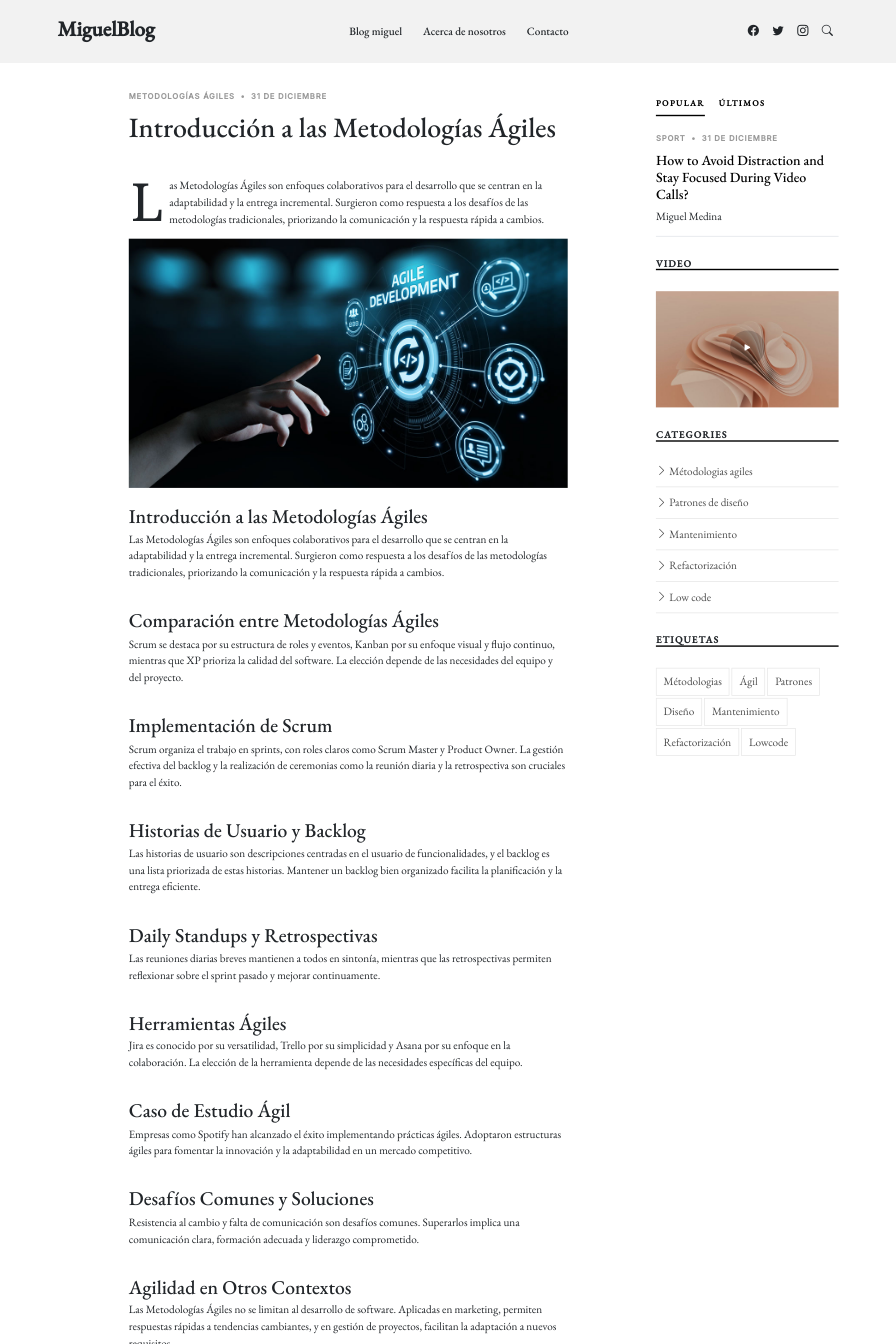
Repository: MiguelDev5/blog-miguel
Page: post-lc.html
An editor plug-in stored every save of this project. The page is shown before and after the next save, followed by the edit.
The browser window is 1280 px wide. The pictures show the part of the page from y = 0 to 1920 px (the page is 3064 px tall before and 1836 px after), at 70% of full size.
Some web fonts or font styles are not loaded; a fallback is used.

Above is the page before, as saved 2024-01-01 21:02:49.

### post-lc.html
<!DOCTYPE html>
<html lang="en">

<head>
  <meta charset="utf-8">
  <meta content="width=device-width, initial-scale=1.0" name="viewport">

  <title>MiguelBlog Bootstrap Template - Single Post</title>
  <meta content="" name="description">
  <meta content="" name="keywords">

  <!-- Favicons -->
  <link href="assets/img/favicon.png" rel="icon">
  <link href="assets/img/apple-touch-icon.png" rel="apple-touch-icon">

  <!-- Google Fonts -->
  <link rel="preconnect" href="https://fonts.googleapis.com">
  <link rel="preconnect" href="https://fonts.gstatic.com" crossorigin>
  <link href="https://fonts.googleapis.com/css2?family=EB+Garamond:wght@400;500&family=Inter:wght@400;500&family=Playfair+Display:ital,wght@0,400;0,700;1,400;1,700&display=swap" rel="stylesheet">

  <!-- Vendor CSS Files -->
  <link href="assets/vendor/bootstrap/css/bootstrap.min.css" rel="stylesheet">
  <link href="assets/vendor/bootstrap-icons/bootstrap-icons.css" rel="stylesheet">
  <link href="assets/vendor/swiper/swiper-bundle.min.css" rel="stylesheet">
  <link href="assets/vendor/glightbox/css/glightbox.min.css" rel="stylesheet">
  <link href="assets/vendor/aos/aos.css" rel="stylesheet">

  <!-- Template Main CSS Files -->
  <link href="assets/css/variables.css" rel="stylesheet">
  <link href="assets/css/main.css" rel="stylesheet">

  <!-- =======================================================
  * Template Name: MiguelBlog
  * Updated: Sep 18 2023 with Bootstrap v5.3.2
  * Template URL: https://bootstrapmade.com/miguelBlog-bootstrap-blog-template/
  * Author: BootstrapMade.com
  * License: https:///bootstrapmade.com/license/
  ======================================================== -->
</head>

<body>

  <!-- ======= Header ======= -->
  <header id="header" class="header d-flex align-items-center fixed-top">
    <div class="container-fluid container-xl d-flex align-items-center justify-content-between">

      <a href="index.html" class="logo d-flex align-items-center">
        <!-- Uncomment the line below if you also wish to use an image logo -->
        <!-- <img src="assets/img/logo.png" alt=""> -->
        <h1>MiguelBlog</h1>
      </a>

      <nav id="navbar" class="navbar">
        <ul>
          <li><a href="index.html">Blog miguel</a></li>
          <li><a href="about.html">Acerca de nosotros</a></li>
          <li><a href="contact.html">Contacto</a></li>
        </ul>
      </nav><!-- .navbar -->

      <div class="position-relative">
        <a href="#" class="mx-2"><span class="bi-facebook"></span></a>
        <a href="#" class="mx-2"><span class="bi-twitter"></span></a>
        <a href="#" class="mx-2"><span class="bi-instagram"></span></a>

        <a href="#" class="mx-2 js-search-open"><span class="bi-search"></span></a>
        <i class="bi bi-list mobile-nav-toggle"></i>

        <!-- ======= Search Form ======= -->
        <div class="search-form-wrap js-search-form-wrap">
          <form action="search-result.html" class="search-form">
            <span class="icon bi-search"></span>
            <input type="text" placeholder="Search" class="form-control">
            <button class="btn js-search-close"><span class="bi-x"></span></button>
          </form>
        </div><!-- End Search Form -->

      </div>

    </div>

  </header><!-- End Header -->

  <main id="main">

    <section class="single-post-content">
      <div class="container">
        <div class="row">
          <div class="col-md-9 post-content" data-aos="fade-up">

            <!-- ======= Single Post Content ======= -->
            <div class="single-post">
              <div class="post-meta"><span class="date">Metodologías ágiles</span> <span class="mx-1">&bullet;</span> <span>31 de Diciembre</span></div>
              <h1 class="mb-5">Introducción a las Metodologías Ágiles</h1>
              <p><span class="firstcharacter">L</span>as Metodologías Ágiles son enfoques colaborativos para el desarrollo que se centran en la adaptabilidad y la entrega incremental. Surgieron como respuesta a los desafíos de las metodologías tradicionales, priorizando la comunicación y la respuesta rápida a cambios.</p>
              <div class="col-md-9"></div>
                  <img src="assets/img/ma001.jpg" alt="" class="img-fluid" style="width: 200;">

              </div>
              <br/>
              <h3 class="mb-1">Introducción a las Metodologías Ágiles</h3>
              <p>Las Metodologías Ágiles son enfoques colaborativos para el desarrollo que se centran en la adaptabilidad y la entrega incremental. Surgieron como respuesta a los desafíos de las metodologías tradicionales, priorizando la comunicación y la respuesta rápida a cambios.</p>

              <br/>
              <h3 class="mb-1">Comparación entre Metodologías Ágiles</h3>
              <p>Scrum se destaca por su estructura de roles y eventos, Kanban por su enfoque visual y flujo continuo, mientras que XP prioriza la calidad del software. La elección depende de las necesidades del equipo y del proyecto.</p>

              <br/>
              <h3 class="mb-1">Implementación de Scrum</h3>
              <p>Scrum organiza el trabajo en sprints, con roles claros como Scrum Master y Product Owner. La gestión efectiva del backlog y la realización de ceremonias como la reunión diaria y la retrospectiva son cruciales para el éxito.</p>

              <br/>
              <h3 class="mb-1">Historias de Usuario y Backlog</h3>
              <p>Las historias de usuario son descripciones centradas en el usuario de funcionalidades, y el backlog es una lista priorizada de estas historias. Mantener un backlog bien organizado facilita la planificación y la entrega eficiente.</p>

              <br/>
              <h3 class="mb-1">Daily Standups y Retrospectivas</h3>
              <p>Las reuniones diarias breves mantienen a todos en sintonía, mientras que las retrospectivas permiten reflexionar sobre el sprint pasado y mejorar continuamente.</p>

              <br/>
              <h3 class="mb-1">Herramientas Ágiles</h3>
              <p>Jira es conocido por su versatilidad, Trello por su simplicidad y Asana por su enfoque en la colaboración. La elección de la herramienta depende de las necesidades específicas del equipo.</p>

              <br/>
              <h3 class="mb-1">Caso de Estudio Ágil</h3>
              <p>Empresas como Spotify han alcanzado el éxito implementando prácticas ágiles. Adoptaron estructuras ágiles para fomentar la innovación y la adaptabilidad en un mercado competitivo.</p>

              <br/>
              <h3 class="mb-1">Desafíos Comunes y Soluciones</h3>
              <p>Resistencia al cambio y falta de comunicación son desafíos comunes. Superarlos implica una comunicación clara, formación adecuada y liderazgo comprometido.</p>

              <br/>
              <h3 class="mb-1">Agilidad en Otros Contextos</h3>
              <p>Las Metodologías Ágiles no se limitan al desarrollo de software. Aplicadas en marketing, permiten respuestas rápidas a tendencias cambiantes, y en gestión de proyectos, facilitan la adaptación a nuevos requisitos.</p>

              <br/>
              <h3 class="mb-1">Tendencias Ágiles</h3>
              <p>Enfoques como DevOps, que integran desarrollo y operaciones, están ganando popularidad. También se observa un aumento en la aplicación de metodologías ágiles en sectores fuera del ámbito tecnológico, como salud y gobierno.</p>

            <!-- ======= Comments Form ======= -->
            <div class="row justify-content-center mt-5">

              <div class="col-lg-12">
                <h5 class="comment-title">Realiza un comentario</h5>
                <div class="row">
                  <div class="col-lg-6 mb-3">
                    <label for="comment-name">Nombre</label>
                    <input type="text" class="form-control" id="comment-name" placeholder="Ingresa tu nombre">
                  </div>
                  <div class="col-lg-6 mb-3">
                    <label for="comment-email">Correo electrónico</label>
                    <input type="text" class="form-control" id="comment-email" placeholder="Ingresa tu correo electrónico">
                  </div>
                  <div class="col-12 mb-3">
                    <label for="comment-message">Mensaje</label>

                    <textarea class="form-control" id="comment-message" placeholder="Ingresa tu comentario" cols="30" rows="10"></textarea>
                  </div>
                  <div class="col-12">
                    <input type="submit" class="btn btn-primary" value="Publicar">
                  </div>
                </div>
              </div>
            </div><!-- End Comments Form -->

          </div>
          <div class="col-md-3">
            <!-- ======= Sidebar ======= -->
            <div class="aside-block">

              <ul class="nav nav-pills custom-tab-nav mb-4" id="pills-tab" role="tablist">
                <li class="nav-item" role="presentation">
                  <button class="nav-link active" id="pills-popular-tab" data-bs-toggle="pill" data-bs-target="#pills-popular" type="button" role="tab" aria-controls="pills-popular" aria-selected="true">Popular</button>
                </li>
                <li class="nav-item" role="presentation">
                  <button class="nav-link" id="pills-latest-tab" data-bs-toggle="pill" data-bs-target="#pills-latest" type="button" role="tab" aria-controls="pills-latest" aria-selected="false">Últimos</button>
                </li>
              </ul>

              <div class="tab-content" id="pills-tabContent">

                <!-- Popular -->
                <div class="tab-pane fade show active" id="pills-popular" role="tabpanel" aria-labelledby="pills-popular-tab">
                  <div class="post-entry-1 border-bottom">
                    <div class="post-meta"><span class="date">Sport</span> <span class="mx-1">&bullet;</span> <span>31 de Diciembre</span></div>
                    <h2 class="mb-2"><a href="#">How to Avoid Distraction and Stay Focused During Video Calls?</a></h2>
                    <span class="author mb-3 d-block">Miguel Medina</span>
                  </div>


                </div> <!-- End Popular -->



                <!-- Latest -->
                <div class="tab-pane fade" id="pills-latest" role="tabpanel" aria-labelledby="pills-latest-tab">
                  <div class="post-entry-1 border-bottom">
                    <div class="post-meta"><span class="date">Lifestyle</span> <span class="mx-1">&bullet;</span> <span>31 de Diciembre</span></div>
                    <h2 class="mb-2"><a href="#">Life Insurance And Pregnancy: A Working Mom’s Guide</a></h2>
                    <span class="author mb-3 d-block">Miguel Medina</span>
                  </div>



                </div> <!-- End Latest -->

              </div>
            </div>

            <div class="aside-block">
              <h3 class="aside-title">Video</h3>
              <div class="video-post">
                <a href="https://www.youtube.com/watch?v=AiFfDjmd0jU" class="glightbox link-video">
                  <span class="bi-play-fill"></span>
                  <img src="assets/img/post-landscape-5.jpg" alt="" class="img-fluid">
                </a>
              </div>
            </div><!-- End Video -->

            <div class="aside-block">
              <h3 class="aside-title">Categories</h3>
              <ul class="aside-links list-unstyled">
                <li><a href="category.html"><i class="bi bi-chevron-right"></i> Métodologias agiles</a></li>
                <li><a href="category.html"><i class="bi bi-chevron-right"></i> Patrones de diseño</a></li>
                <li><a href="category.html"><i class="bi bi-chevron-right"></i> Mantenimiento</a></li>
                <li><a href="category.html"><i class="bi bi-chevron-right"></i> Refactorización</a></li>
                <li><a href="category.html"><i class="bi bi-chevron-right"></i> Low code</a></li>
              </ul>
            </div><!-- End Categories -->

            <div class="aside-block">
              <h3 class="aside-title">Etiquetas</h3>
              <ul class="aside-tags list-unstyled">
                <li><a href="category.html">Métodologias</a></li>
                <li><a href="category.html">Ágil</a></li>
                <li><a href="category.html">Patrones</a></li>
                <li><a href="category.html">Diseño</a></li>
                <li><a href="category.html">Mantenimiento</a></li>
                <li><a href="category.html">Refactorización</a></li>
                <li><a href="category.html">Lowcode</a></li>
              </ul>
            </div><!-- End Tags -->

          </div>
        </div>
      </div>
    </section>
  </main><!-- End #main -->

  <!-- ======= Footer ======= -->
  <footer id="footer" class="footer">
    <div class="footer-content">
      <div class="container">
        <div class="row g-5">
          <div class="col-lg-8">
            <h3 class="footer-heading">Acerca del blog</h3>
            <p>Este blog fue creado con el propósito de compartir conocimientos, inspirar ideas y fomentar la conversación. Nos esforzamos por ofrecer contenido relevante y útil que abarque una variedad de temas. Ya sea que estés buscando información práctica, consejos inspiradores o simplemente un lugar para explorar nuevas ideas, nuestro objetivo es ser tu recurso confiable. ¡Bienvenido a nuestro espacio virtual, donde la información se encuentra con la inspiración!</p>
            <p><a href="about.html" class="footer-link-more">Leer más</a></p>
          </div>
          <div class="col-6 col-lg-2">
            <h3 class="footer-heading">Navegación</h3>
            <ul class="footer-links list-unstyled">
              <li><a href="index.html"><i class="bi bi-chevron-right"></i> Principal</a></li>
              <li><a href="index.html"><i class="bi bi-chevron-right"></i> Blog</a></li>
              <li><a href="about.html"><i class="bi bi-chevron-right"></i> Nosotros</a></li>
              <li><a href="contact.html"><i class="bi bi-chevron-right"></i> Contacto</a></li>
            </ul>
          </div>
        </div>
      </div>
    </div>

    <div class="footer-legal">
      <div class="container">

        <div class="row justify-content-between">
          <div class="col-md-6 text-center text-md-start mb-3 mb-md-0">
            <div class="copyright">
              © Copyright <strong><span>MiguelBlog</span></strong>. All Rights Reserved
            </div>

            <div class="credits">
              Designed by BootstrapMade
            </div>

          </div>

          <div class="col-md-6">
            <div class="social-links mb-3 mb-lg-0 text-center text-md-end">
              <a href="#" class="twitter"><i class="bi bi-twitter"></i></a>
              <a href="#" class="facebook"><i class="bi bi-facebook"></i></a>
              <a href="#" class="instagram"><i class="bi bi-instagram"></i></a>
              <a href="#" class="google-plus"><i class="bi bi-skype"></i></a>
              <a href="#" class="linkedin"><i class="bi bi-linkedin"></i></a>
            </div>

          </div>

        </div>

      </div>
    </div>
  </footer>

  <a href="#" class="scroll-top d-flex align-items-center justify-content-center"><i class="bi bi-arrow-up-short"></i></a>

  <!-- Vendor JS Files -->
  <script src="assets/vendor/bootstrap/js/bootstrap.bundle.min.js"></script>
  <script src="assets/vendor/swiper/swiper-bundle.min.js"></script>
  <script src="assets/vendor/glightbox/js/glightbox.min.js"></script>
  <script src="assets/vendor/aos/aos.js"></script>
  <script src="assets/vendor/php-email-form/validate.js"></script>

  <!-- Template Main JS File -->
  <script src="assets/js/main.js"></script>

</body>

</html>

Loaded but not shown: assets/vendor/bootstrap/css/bootstrap.min.css (library); assets/vendor/bootstrap-icons/bootstrap-icons.css (library); assets/vendor/swiper/swiper-bundle.min.css (library); assets/vendor/glightbox/css/glightbox.min.css (library); assets/vendor/aos/aos.css (library); assets/vendor/bootstrap/js/bootstrap.bundle.min.js (library); assets/vendor/swiper/swiper-bundle.min.js (library); assets/vendor/glightbox/js/glightbox.min.js (library); assets/vendor/aos/aos.js (library); assets/vendor/php-email-form/validate.js (common file); assets/js/main.js (154 lines, source omitted); assets/css/main.css (1300 lines, source omitted); assets/css/variables.css (207 lines, source omitted)

After the next save:
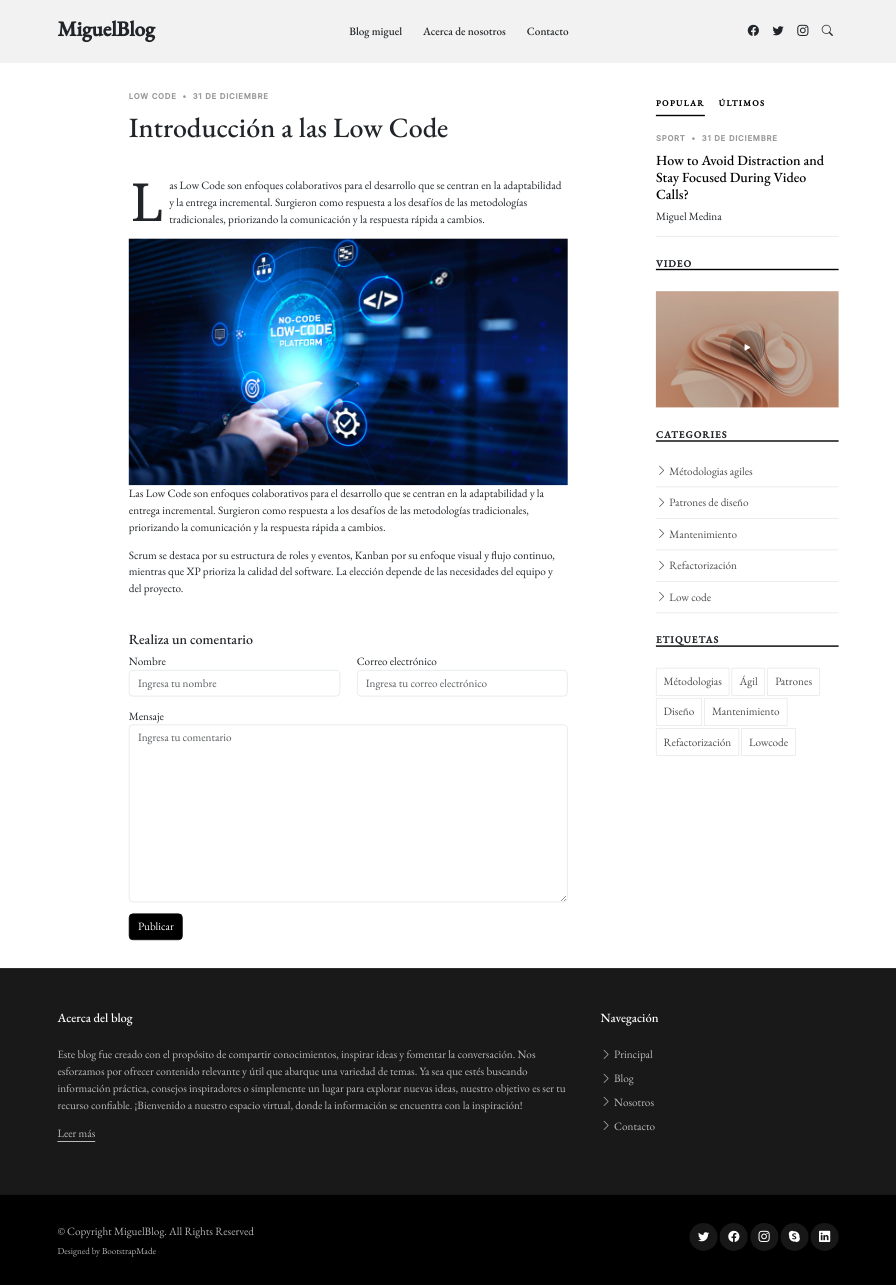
Saved 88 s later.
--- a/post-lc.html
+++ b/post-lc.html
@@ -90,52 +90,15 @@
 
             <!-- ======= Single Post Content ======= -->
             <div class="single-post">
-              <div class="post-meta"><span class="date">Metodologías ágiles</span> <span class="mx-1">&bullet;</span> <span>31 de Diciembre</span></div>
-              <h1 class="mb-5">Introducción a las Metodologías Ágiles</h1>
-              <p><span class="firstcharacter">L</span>as Metodologías Ágiles son enfoques colaborativos para el desarrollo que se centran en la adaptabilidad y la entrega incremental. Surgieron como respuesta a los desafíos de las metodologías tradicionales, priorizando la comunicación y la respuesta rápida a cambios.</p>
+              <div class="post-meta"><span class="date">Low Code</span> <span class="mx-1">&bullet;</span> <span>31 de Diciembre</span></div>
+              <h1 class="mb-5">Introducción a las Low Code</h1>
+              <p><span class="firstcharacter">L</span>as Low Code son enfoques colaborativos para el desarrollo que se centran en la adaptabilidad y la entrega incremental. Surgieron como respuesta a los desafíos de las metodologías tradicionales, priorizando la comunicación y la respuesta rápida a cambios.</p>
               <div class="col-md-9"></div>
-                  <img src="assets/img/ma001.jpg" alt="" class="img-fluid" style="width: 200;">
-
-              </div>
-              <br/>
-              <h3 class="mb-1">Introducción a las Metodologías Ágiles</h3>
-              <p>Las Metodologías Ágiles son enfoques colaborativos para el desarrollo que se centran en la adaptabilidad y la entrega incremental. Surgieron como respuesta a los desafíos de las metodologías tradicionales, priorizando la comunicación y la respuesta rápida a cambios.</p>
-
-              <br/>
-              <h3 class="mb-1">Comparación entre Metodologías Ágiles</h3>
+                  <img src="assets/img/lc001.jpg" alt="" class="img-fluid" style="width: 200;">
+              </div>
+
+              <p>Las Low Code son enfoques colaborativos para el desarrollo que se centran en la adaptabilidad y la entrega incremental. Surgieron como respuesta a los desafíos de las metodologías tradicionales, priorizando la comunicación y la respuesta rápida a cambios.</p>
               <p>Scrum se destaca por su estructura de roles y eventos, Kanban por su enfoque visual y flujo continuo, mientras que XP prioriza la calidad del software. La elección depende de las necesidades del equipo y del proyecto.</p>
-
-              <br/>
-              <h3 class="mb-1">Implementación de Scrum</h3>
-              <p>Scrum organiza el trabajo en sprints, con roles claros como Scrum Master y Product Owner. La gestión efectiva del backlog y la realización de ceremonias como la reunión diaria y la retrospectiva son cruciales para el éxito.</p>
-
-              <br/>
-              <h3 class="mb-1">Historias de Usuario y Backlog</h3>
-              <p>Las historias de usuario son descripciones centradas en el usuario de funcionalidades, y el backlog es una lista priorizada de estas historias. Mantener un backlog bien organizado facilita la planificación y la entrega eficiente.</p>
-
-              <br/>
-              <h3 class="mb-1">Daily Standups y Retrospectivas</h3>
-              <p>Las reuniones diarias breves mantienen a todos en sintonía, mientras que las retrospectivas permiten reflexionar sobre el sprint pasado y mejorar continuamente.</p>
-
-              <br/>
-              <h3 class="mb-1">Herramientas Ágiles</h3>
-              <p>Jira es conocido por su versatilidad, Trello por su simplicidad y Asana por su enfoque en la colaboración. La elección de la herramienta depende de las necesidades específicas del equipo.</p>
-
-              <br/>
-              <h3 class="mb-1">Caso de Estudio Ágil</h3>
-              <p>Empresas como Spotify han alcanzado el éxito implementando prácticas ágiles. Adoptaron estructuras ágiles para fomentar la innovación y la adaptabilidad en un mercado competitivo.</p>
-
-              <br/>
-              <h3 class="mb-1">Desafíos Comunes y Soluciones</h3>
-              <p>Resistencia al cambio y falta de comunicación son desafíos comunes. Superarlos implica una comunicación clara, formación adecuada y liderazgo comprometido.</p>
-
-              <br/>
-              <h3 class="mb-1">Agilidad en Otros Contextos</h3>
-              <p>Las Metodologías Ágiles no se limitan al desarrollo de software. Aplicadas en marketing, permiten respuestas rápidas a tendencias cambiantes, y en gestión de proyectos, facilitan la adaptación a nuevos requisitos.</p>
-
-              <br/>
-              <h3 class="mb-1">Tendencias Ágiles</h3>
-              <p>Enfoques como DevOps, que integran desarrollo y operaciones, están ganando popularidad. También se observa un aumento en la aplicación de metodologías ágiles en sectores fuera del ámbito tecnológico, como salud y gobierno.</p>
 
             <!-- ======= Comments Form ======= -->
             <div class="row justify-content-center mt-5">
